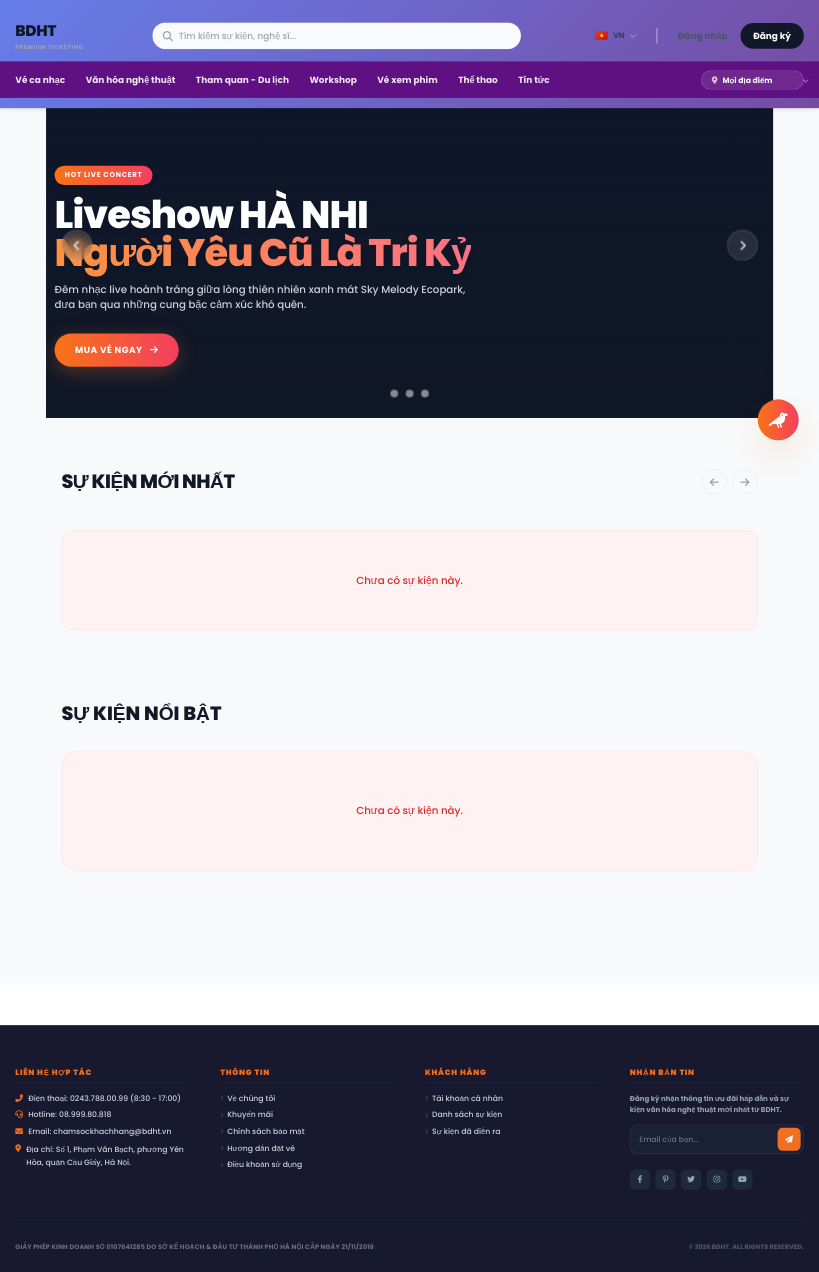
Repository: Vu-Tien-Duc/K23CNT3_VuTienDuc_Project4_EventTicket
Page: EventTicket_BDHT_Project/frontend-web/pages/index.html
An editor plug-in stored every save of this project. The page is shown before and after the next save, followed by the edit.
The browser window is 1280 px wide. The pictures show the whole page, at 64% of full size.
The page's requests for data from a server got no answer. Some web libraries are served in a nearby version.

Above is the page before, as saved 2026-05-21 12:05:59.
Not found: EventTicket_BDHT_Project/frontend-web/assets/js/core/i18n.js

After the next save:
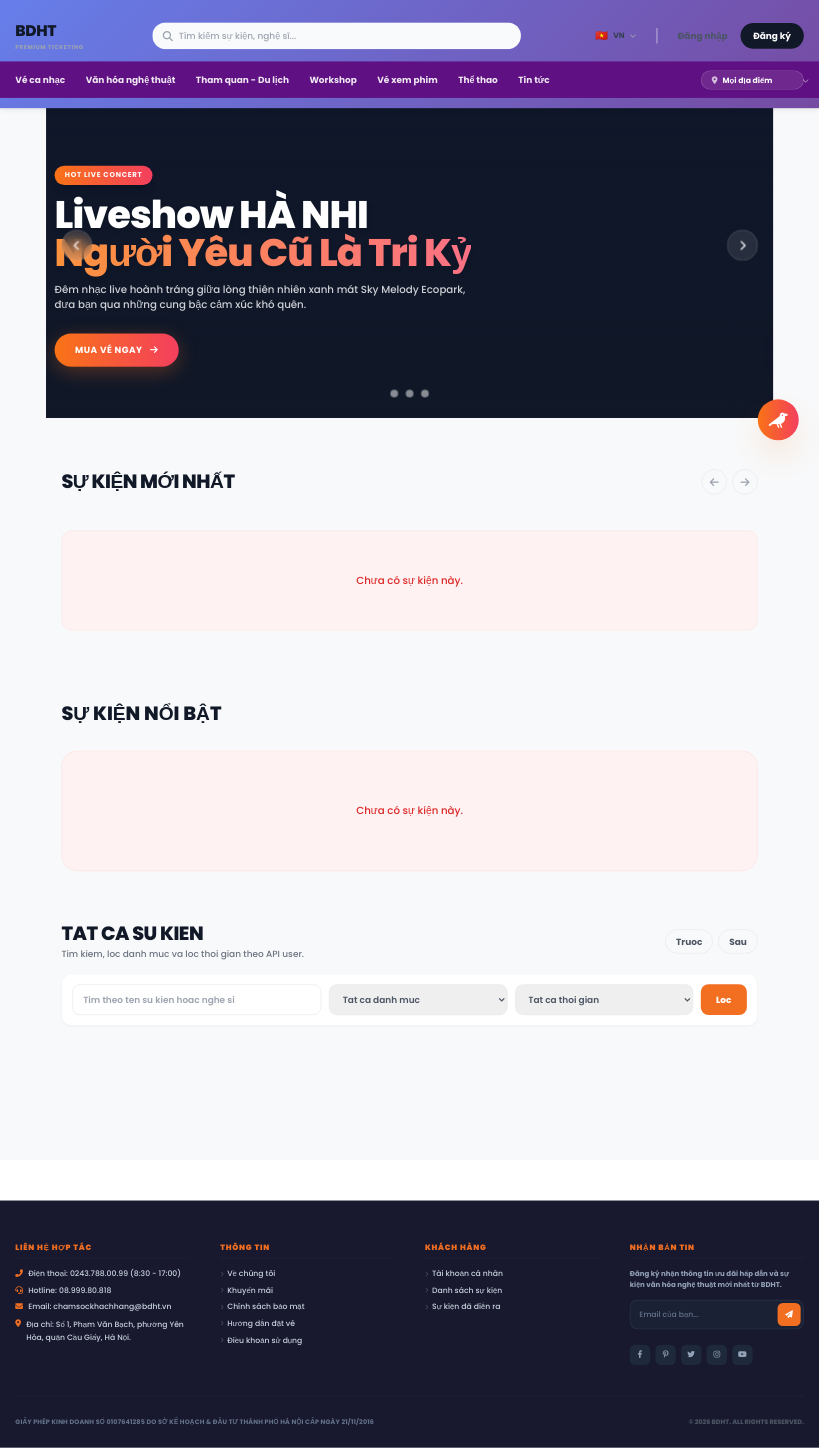
Saved 112 min 48 s later.
--- a/EventTicket_BDHT_Project/frontend-web/pages/index.html
+++ b/EventTicket_BDHT_Project/frontend-web/pages/index.html
@@ -137,6 +137,38 @@
     </div>
 </template>
 
+        <section class="max-w-7xl mx-auto px-6 pb-20">
+            <div class="flex flex-col gap-5 mb-8">
+                <div class="flex items-center justify-between gap-4 flex-wrap">
+                    <div>
+                        <h2 class="text-3xl font-extrabold text-gray-900 tracking-tight">TAT CA SU KIEN</h2>
+                        <p class="text-sm text-gray-500 font-medium mt-1">Tim kiem, loc danh muc va loc thoi gian theo API user.</p>
+                    </div>
+                    <div class="flex gap-2">
+                        <button id="btn-prev-events" class="px-4 py-2 rounded-full border border-gray-200 text-sm font-bold hover:bg-gray-900 hover:text-white transition">Truoc</button>
+                        <button id="btn-next-events" class="px-4 py-2 rounded-full border border-gray-200 text-sm font-bold hover:bg-gray-900 hover:text-white transition">Sau</button>
+                    </div>
+                </div>
+
+                <div class="grid grid-cols-1 md:grid-cols-[1.4fr_1fr_1fr_auto] gap-3 bg-white border border-gray-100 rounded-2xl p-4 shadow-sm">
+                    <input id="event-search-keyword" type="text" placeholder="Tim theo ten su kien hoac nghe si" class="px-4 py-3 rounded-xl border border-gray-200 text-sm font-semibold outline-none focus:border-brand-orange">
+                    <select id="event-category-filter" class="px-4 py-3 rounded-xl border border-gray-200 text-sm font-semibold outline-none focus:border-brand-orange">
+                        <option value="">Tat ca danh muc</option>
+                    </select>
+                    <select id="event-time-filter" class="px-4 py-3 rounded-xl border border-gray-200 text-sm font-semibold outline-none focus:border-brand-orange">
+                        <option value="">Tat ca thoi gian</option>
+                        <option value="upcoming">Sap dien ra</option>
+                        <option value="this-week">Trong tuan nay</option>
+                        <option value="this-month">Trong thang nay</option>
+                    </select>
+                    <button id="btn-event-filter" class="px-6 py-3 rounded-xl bg-brand-orange hover:bg-brand-orangeHover text-white text-sm font-extrabold transition">Loc</button>
+                </div>
+            </div>
+
+            <div id="all-events-status" class="text-sm font-bold text-gray-500 mb-5"></div>
+            <div id="all-events-grid" class="grid grid-cols-1 sm:grid-cols-2 md:grid-cols-4 gap-6"></div>
+        </section>
+
     </main>
 
     <div id="footer-container" class="bg-white border-t border-gray-100 pt-16"></div>
